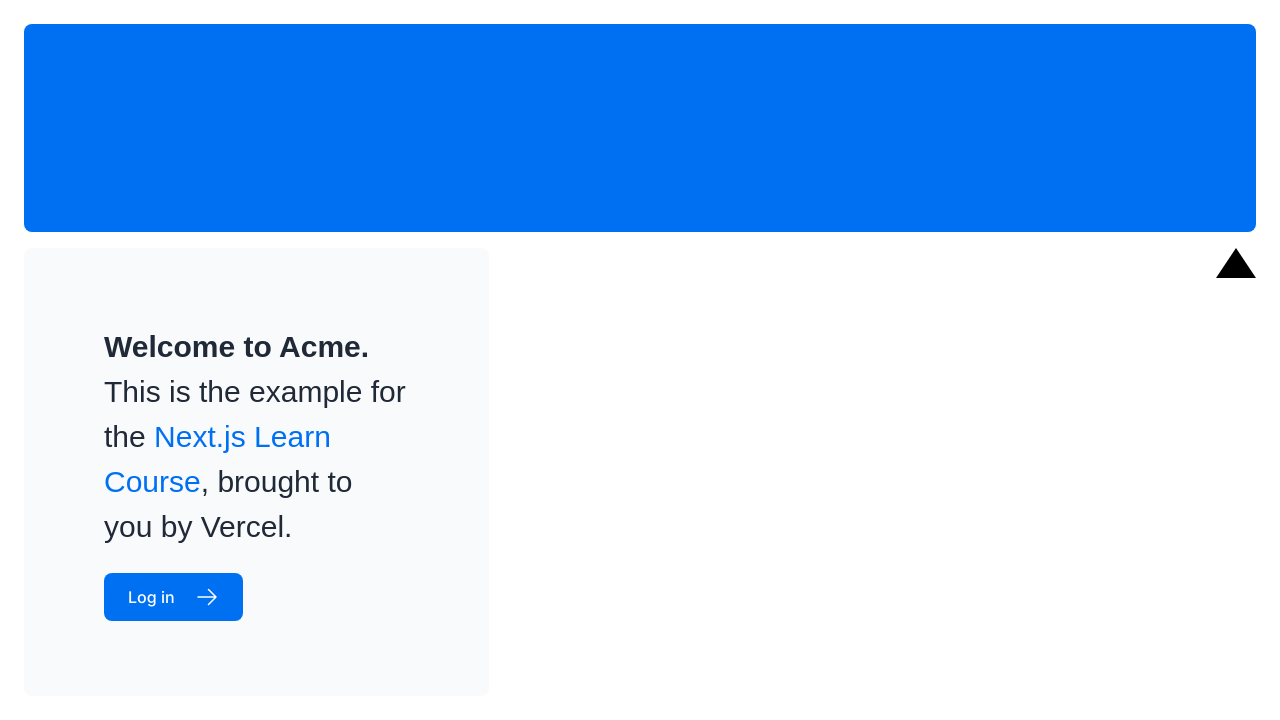
Repository: taoxiaofeng/hello-nextjs
Page: /
The author's editor kept a copy of each file at every save. The page is drawn from the files as they stood at one save, then again after the next save.
The browser window is 1280 px wide. The pictures show the whole page.
Some web fonts or font styles are not loaded; a fallback is used. The project was rebuilt for these pictures with package versions that can differ from the ones it lists, and the page was loaded fresh each time. The framework's server and built-in components were replaced by stand-ins that run in the browser. Also part of the build but not shown: next.config.js.

Above is the page before, as saved 2023-11-08 21:37:48.

After the next save:
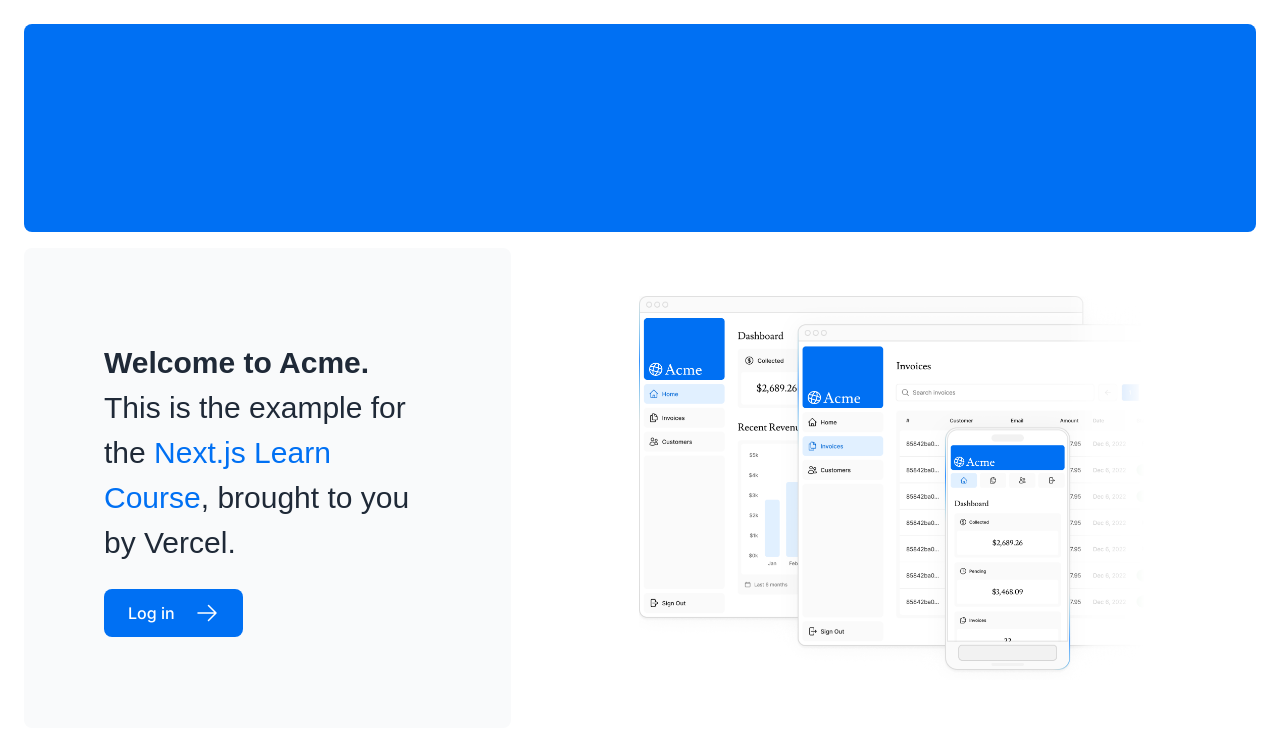
Saved 6 min 16 s later.
--- a/app/page.tsx
+++ b/app/page.tsx
@@ -2,6 +2,7 @@ import AcmeLogo from "@/app/ui/acme-logo";
 import { ArrowRightIcon } from "@heroicons/react/24/outline";
 import styles from '@/app/ui/home.module.css';
 import { lusitana } from "@/app/ui/fonts";
+import Image from "next/image";
 
 import Link from "next/link";
 export default function Page() {
@@ -28,8 +29,15 @@ export default function Page() {
         </div>
         <div className="flex items-center justify-center p-6 md:w-3/5 md:px-28 md:py-12">
           {/* Add Hero Images Here */}
+          <Image
+            src="/hero-desktop.png"
+            width={1000}
+            height={760}
+            alt="Hero"
+            className="hidden md:block"
+          />
         </div>
-        <div className={styles.shape}></div>
+        {/* <div className={styles.shape}></div> */}
       </div>
       {/* <div className="h-0 w-0 border-b-[30px] border-l-[20px] border-r-[20px] border-b-black border-l-transparent border-r-transparent" /> */}
     </main>
